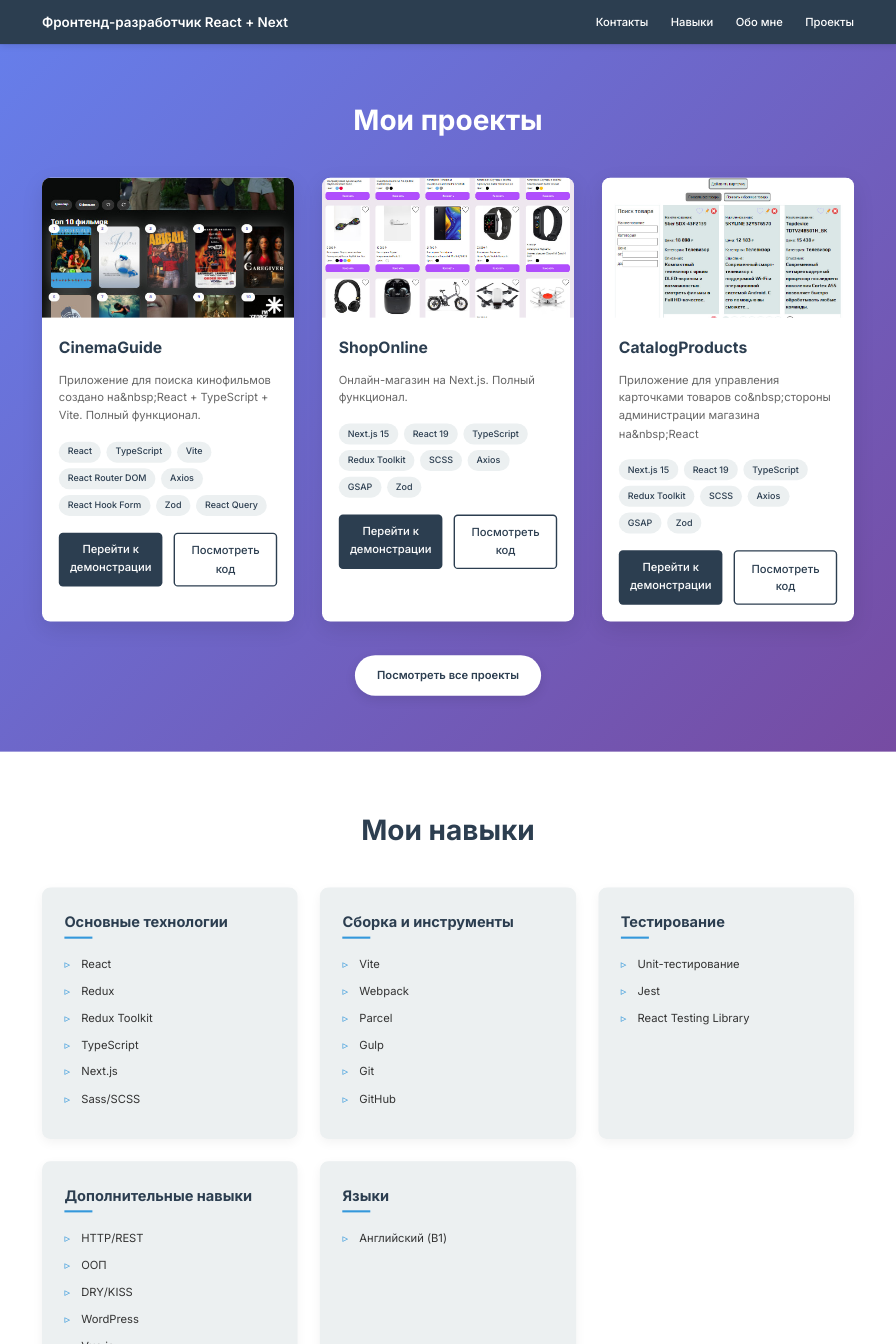
Repository: RostislavZeberg/resume-app
Page: /
The author's editor kept a copy of each file at every save. The page is drawn from the files as they stood at one save, then again after the next save.
The browser window is 1280 px wide. The pictures show the part of the page from y = 0 to 1920 px (the page is 3630 px tall), at 70% of full size.
The project was rebuilt for these pictures with package versions that can differ from the ones it lists, and the page was loaded fresh each time. The framework's server and built-in components were replaced by stand-ins that run in the browser. Also part of the build but not shown: next.config.ts.

Above is the page before, as saved 2025-09-18 13:49:48.

### pages/_app.tsx
import type { AppProps } from 'next/app';
import '../styles/globals.scss';
import Head from 'next/head';

function MyApp({ Component, pageProps }: AppProps) {
  return (
    <>
      <Head>
        <meta name="viewport" content="width=device-width, initial-scale=1" />
        <meta name="theme-color" content="#2c3e50" />
        <meta name="description" content="Резюме фронтенд-разработчика React с 5+ годами опыта. Специализация: React, TypeScript, Next.js, Redux Toolkit." />
        <meta name="keywords" content="React, TypeScript, Next.js, фронтенд-разработчик, резюме" />
        <meta property="og:title" content="Фронтенд-разработчик React" />
        <meta property="og:description" content="Резюме фронтенд-разработчика React с 5+ годами опыта" />
        <meta property="og:type" content="website" />
        <link rel="icon" href="/favicon.ico" />
      </Head>
      <Component {...pageProps} />
    </>
  );
}

export default MyApp;

### pages/_document.tsx
import { Html, Head, Main, NextScript } from 'next/document';

export default function Document() {
  return (
    <Html lang="ru">
      <Head>
        <link rel="preconnect" href="https://fonts.googleapis.com" />
        <link rel="preconnect" href="https://fonts.gstatic.com" crossOrigin="anonymous" />
        <link href="https://fonts.googleapis.com/css2?family=Inter:wght@300;400;500;600;700&display=swap" rel="stylesheet" />

        {/* Фавикон */}
        <link rel="icon" href="/favicon.ico" sizes="any" />
        <link rel="icon" href="/favicon.svg" type="image/svg+xml" />
        <link rel="apple-touch-icon" href="/apple-touch-icon.png" />
        <link rel="manifest" href="/manifest.webmanifest" />

        {/* Мета-теги */}
        <meta name="theme-color" content="#2c3e50" />
        <meta name="description" content="Резюме фронтенд-разработчика React с 5+ годами опыта. Специализация: React, TypeScript, Next.js, Redux Toolkit." />
        <meta name="keywords" content="React, TypeScript, Next.js, фронтенд-разработчик, резюме" />
      </Head>
      <body>
        <Main />
        <NextScript />
      </body>
    </Html>
  );
}

### pages/index.tsx
import Head from 'next/head';
import { NextPage } from 'next';
import Contacts from '../components/Sections/Contacts';
import Skills from '../components/Sections/Skills';
import About from '../components/Sections/About';
import Projects from '../components/Sections/Projects';
import Header from '../components/Layout/Header';

const Home: NextPage = () => {
  return (
    <>
      <Head>
        <title>Фронтенд-разработчик React | Резюме</title>
        <meta name="description" content="Резюме фронтенд-разработчика React с 5+ годами опыта. Специализация: React, TypeScript, Next.js, Redux Toolkit." />
        <meta name="keywords" content="React, TypeScript, Next.js, фронтенд-разработчик, резюме" />
        <meta property="og:title" content="Фронтенд-разработчик React" />
        <meta property="og:description" content="Резюме фронтенд-разработчика React с 5+ годами опыта" />
        <meta property="og:type" content="website" />
        <link rel="icon" href="/favicon.ico" />
      </Head>

      <Header />
      <main>
        <Projects />
        <Skills />
        <About />
        <Contacts />
      </main>
    </>
  );
};

export default Home;

### styles/globals.scss
// Переменные и миксины
@import './variables.scss';
@import './mixins';

// Глобальные стили
* {
  box-sizing: border-box;
  margin: 0;
  padding: 0;
}

html {
  scroll-behavior: smooth;
  scroll-padding-top: 60px;
}

body {
  font-family: 'Inter', 'Arial', sans-serif;
  line-height: 1.6;
  color: $text-color;
  background-color: $background-color;
  padding-top: 60px;
}

.container {
  max-width: 1200px;
  margin: 0 auto;
  padding: 0 20px;
}

section {
  padding: 80px 0;

  h2 {
    text-align: center;
    margin-bottom: 50px;
    font-size: 2.5rem;
    color: $primary-color;
  }
}

// Анимации
@keyframes fadeIn {
  from {
    opacity: 0;
    transform: translateY(20px);
  }
  to {
    opacity: 1;
    transform: translateY(0);
  }
}

.fade-in {
  animation: fadeIn 0.6s ease forwards;
}

// Адаптивность
@include desktop {
  .container {
    max-width: 1200px;
  }
}

@include tablet {
  .container {
    max-width: 100%;
    padding: 0 15px;
  }

  section {
    padding: 60px 0;

    h2 {
      font-size: 2rem;
      margin-bottom: 40px;
    }
  }
}

@include mobile {
  .container {
    padding: 0 10px;
  }

  section {
    padding: 40px 0;

    h2 {
      font-size: 1.8rem;
      margin-bottom: 30px;
    }
  }
}

### components/Sections/Contacts.tsx
import React from 'react';
import Icon from '../UI/Icon';
import styles from '../../styles/sections/contacts.module.scss';
import { contacts } from '@/info/contacts';

const Contacts: React.FC = () => {

  return (
    <section id="contacts" className={styles.contacts}>
      <div className="container">
        <h2>Контакты</h2>
        <div className={styles.contactsGrid}>
          {contacts.map((contact, index) => (
            <a
              key={index}
              href={contact.href}
              className={styles.contactItem}
              target="_blank"
              rel="noopener noreferrer"
            >
              <Icon name={contact.icon} className={styles.contactIcon} />
              <span>{contact.text}</span>
            </a>
          ))}
        </div>
      </div>
    </section>
  );
};

export default Contacts;

### components/Sections/Skills.tsx
import React from 'react';
import styles from '../../styles/sections/skills.module.scss';

const Skills: React.FC = () => {
  const skillCategories = [
    {
      title: 'Основные технологии',
      skills: ['React', 'Redux', 'Redux Toolkit', 'TypeScript', 'Next.js', 'Sass/SCSS']
    },
    {
      title: 'Сборка и инструменты',
      skills: ['Vite', 'Webpack', 'Parcel', 'Gulp', 'Git', 'GitHub']
    },
    {
      title: 'Тестирование',
      skills: ['Unit-тестирование', 'Jest', 'React Testing Library']
    },
    {
      title: 'Дополнительные навыки',
      skills: ['HTTP/REST', 'ООП', 'DRY/KISS', 'WordPress', 'Vue.js', 'SQL', 'Python', 'Docker', 'Linux']
    },
    {
      title: 'Языки',
      skills: ['Английский (B1)']
    }
  ];

  return (
    <section id="skills" className={styles.skills}>
      <div className="container">
        <h2>Мои навыки</h2>
        <div className={styles.skillsGrid}>
          {skillCategories.map((category, index) => (
            <div key={index} className={styles.skillCategory}>
              <h3>{category.title}</h3>
              <ul>
                {category.skills.map((skill, i) => (
                  <li key={i}>{skill}</li>
                ))}
              </ul>
            </div>
          ))}
        </div>
      </div>
    </section>
  );
};

export default Skills;

### components/Sections/About.tsx
import React from 'react';
import styles from '../../styles/sections/about.module.scss';

const About: React.FC = () => {
  return (
    <section id="about" className={styles.about}>
      <div className="container">
        <h2>Обо мне</h2>
        <div className={styles.aboutContent}>
          <p>
            Усидчив и внимателен к деталям, сосредоточен на выполнении задач, не отвлекаясь на внешние раздражители.
            Мой скрупулезный подход к архитектуре кода, его чистоте и читабельности сводит к минимуму возникновение ошибок
            при дальнейшей эксплуатации проектов.
          </p>
          <p>
            Коммуникабелен и открыт для общения с коллегами, что позволяет эффективно обсуждать проекты и находить оптимальные решения.
            Дисциплинированность помогает мне выстраивать свою работу по четкому плану, всегда выполнять задачи качественно и в срок,
            а также быть требовательным к себе.
          </p>
          <p>
            Инициативность является важной частью моей работы: я не боюсь доводить до руководства свои идеи и предложения по решению проблем.
            Обучаем и стремлюсь к постоянному развитию, ведь IT-отрасль динамично меняется, и изучение новых направлений и тенденций
            в программировании – это важная часть моего профессионального роста.
          </p>
          <p>
            Есть желание работать и развиваться в сфере разработки приложений, которая является частью моего восприятия мира.
            Я наслаждаюсь процессом создания кода и когда вижу результаты своей деятельности.
          </p>
          <p>
            К своим сильным сторонам отношу навыки работы в команде, стремление находить максимально эффективные и эстетичные решения,
            а также способность самостоятельно искать ресурсы для решения проблем и повышения профессионального уровня.
          </p>
          <p>
            Рассматриваю проектную деятельность и удаленную работу.
          </p>
        </div>
      </div>
    </section>
  );
};

export default About;

### components/Sections/Projects.tsx
import React from 'react';
import ProjectCard from '../UI/ProjectCard';
import styles from '../../styles/sections/projects.module.scss';
import { projects } from '@/info/projects';

const Projects: React.FC = () => {
  return (
    <section id="projects" className={styles.projects}>
      <div className="container">
        <h2>Мои проекты</h2>
        <div className={styles.projectsGrid}>
          {projects.map((project, index) => (
            <ProjectCard key={index} project={project} />
          ))}
        </div>
        <div className={styles.viewAll}>
          <a
            href="https://github.com/RostislavZeberg?tab=repositories"
            className={styles.viewAllButton}
            target="_blank"
            rel="noopener noreferrer"
          >
            Посмотреть все проекты
          </a>
        </div>
      </div>
    </section>
  );
};

export default Projects;

### components/Layout/Header.tsx
import React, { useState } from 'react';
import Link from 'next/link';
import styles from '../../styles/layout/header.module.scss';

const Header: React.FC = () => {
  const [isMenuOpen, setIsMenuOpen] = useState(false);

  const toggleMenu = () => {
    setIsMenuOpen(!isMenuOpen);
  };

  return (
    <header className={styles.header}>
      <div className="container">
        <nav className={styles.nav}>
          <div className={styles.logo}>
            <Link href="/">Фронтенд-разработчик React + Next</Link>
          </div>

          <button
            className={`${styles.menuToggle} ${isMenuOpen ? styles.active : ''}`}
            onClick={toggleMenu}
            aria-label="Меню"
          >
            <span></span>
            <span></span>
            <span></span>
          </button>

          <ul className={`${styles.navList} ${isMenuOpen ? styles.active : ''}`}>
            <li><a href="#contacts" onClick={() => setIsMenuOpen(false)}>Контакты</a></li>
            <li><a href="#skills" onClick={() => setIsMenuOpen(false)}>Навыки</a></li>
            <li><a href="#about" onClick={() => setIsMenuOpen(false)}>Обо мне</a></li>
            <li><a href="#projects" onClick={() => setIsMenuOpen(false)}>Проекты</a></li>
          </ul>
        </nav>
      </div>
    </header>
  );
};

export default Header;

### styles/variables.scss
// Цвета
$primary-color: #2c3e50;
$secondary-color: #3498db;
$accent-color: #e74c3c;
$background-color: #f9f9f9;
$text-color: #333;
$light-gray: #ecf0f1;

// Breakpoints
$desktop: 1280px;
$tablet: 1024px;
$small-tablet: 768px;
$mobile: 320px;

### styles/mixins.scss
@mixin desktop {
  @media (min-width: #{$desktop}) {
    @content;
  }
}

@mixin tablet {
  @media (min-width: #{$small-tablet}) and (max-width: #{$tablet}) {
    @content;
  }
}

@mixin small-tablet {
  @media (min-width: #{$mobile}) and (max-width: #{$small-tablet - 1px}) {
    @content;
  }
}

@mixin mobile {
  @media (max-width: #{$mobile}) {
    @content;
  }
}

@mixin flex-center {
  display: flex;
  justify-content: center;
  align-items: center;
}

@mixin card-shadow {
  box-shadow: 0 4px 6px rgba(0, 0, 0, 0.1);
  transition: box-shadow 0.3s ease;

  &:hover {
    box-shadow: 0 10px 20px rgba(0, 0, 0, 0.15);
  }
}

### components/UI/Icon.tsx
import React from 'react';
import Image from 'next/image';

interface IconProps {
  name: string;
  className?: string;
  width?: number;
  height?: number;
}

const Icon: React.FC<IconProps> = ({ name, className = '', width = 24, height = 24 }) => {
  return (
    <Image
      src={`/icons/${name}.svg`}
      alt={`${name} icon`}
      width={width}
      height={height}
      className={className}
    />
  );
};

export default Icon;

### styles/sections/contacts.module.scss
@import '../variables';
@import '../mixins';

.contacts {
  background: linear-gradient(135deg, #f5f7fa 0%, #c3cfe2 100%);
  padding: 100px 0;
}

.contactsGrid {
  display: grid;
  grid-template-columns: repeat(auto-fit, minmax(250px, 1fr));
  gap: 2rem;
  margin-top: 3rem;
}

.contactItem {
  display: flex;
  flex-direction: column;
  align-items: center;
  justify-content: center;
  background: white;
  padding: 2rem;
  border-radius: 12px;
  box-shadow: 0 10px 30px rgba(0, 0, 0, 0.1);
  transition: all 0.3s ease;
  text-decoration: none;
  color: $text-color;

  &:hover {
    transform: translateY(-5px);
    box-shadow: 0 15px 40px rgba(0, 0, 0, 0.15);

    .contactIcon {
      transform: scale(1.1);
    }
  }
}

.contactIcon {
  width: 60px;
  height: 60px;
  margin-bottom: 1rem;
  transition: transform 0.3s ease;
}

// Адаптивность
@include tablet {
  .contactsGrid {
    grid-template-columns: repeat(2, 1fr);
    gap: 1.5rem;
  }
}

@include small-tablet {
  .contactsGrid {
    grid-template-columns: 1fr;
    gap: 1rem;
  }

  .contactItem {
    padding: 1.5rem;
  }
}

@include mobile {
  .contacts {
    padding: 80px 0;
  }

  .contactIcon {
    width: 50px;
    height: 50px;
  }
}

### info/contacts.ts
export const contacts = [
  { icon: 'email', text: 'zeberg@bk.ru', href: 'mailto:zeberg@bk.ru' },
  { icon: 'phone', text: '+7(960)-552-4171', href: 'tel:+79605524171' },
  { icon: 'telegram', text: '@zeberg_jaguar', href: 'https://t.me/zeberg_jaguar' },
  { icon: 'github', text: 'GitHub', href: 'https://github.com/RostislavZeberg?tab=repositories' }
];

### styles/sections/skills.module.scss
@import '../variables';
@import '../mixins';

.skills {
  background-color: white;
}

.skillsGrid {
  display: grid;
  grid-template-columns: repeat(auto-fit, minmax(300px, 1fr));
  gap: 2rem;
}

.skillCategory {
  background: $light-gray;
  padding: 2rem;
  border-radius: 12px;
  box-shadow: 0 5px 15px rgba(0, 0, 0, 0.05);

  h3 {
    color: $primary-color;
    margin-bottom: 1.5rem;
    font-size: 1.3rem;
    position: relative;
    padding-bottom: 0.5rem;

    &::after {
      content: '';
      position: absolute;
      bottom: 0;
      left: 0;
      width: 40px;
      height: 3px;
      background: $secondary-color;
    }
  }

  ul {
    list-style: none;
  }

  li {
    margin-bottom: 0.8rem;
    padding-left: 1.5rem;
    position: relative;

    &::before {
      content: '▹';
      position: absolute;
      left: 0;
      color: $secondary-color;
    }
  }
}

// Адаптивность
@include tablet {
  .skillsGrid {
    grid-template-columns: repeat(2, 1fr);
    gap: 1.5rem;
  }
}

@include small-tablet {
  .skillsGrid {
    grid-template-columns: 1fr;
    gap: 1rem;
  }

  .skillCategory {
    padding: 1.5rem;
  }
}

@include mobile {
  .skillCategory {
    padding: 1.2rem;

    h3 {
      font-size: 1.2rem;
    }
  }
}

### styles/sections/about.module.scss
@import '../variables';
@import '../mixins';

.about {
  background-color: $light-gray;
}

.aboutContent {
  max-width: 800px;
  margin: 0 auto;

  p {
    margin-bottom: 1.5rem;
    line-height: 1.8;
    text-align: justify;
  }
}

// Адаптивность
@include tablet {
  .aboutContent {
    padding: 0 1rem;
  }
}

@include mobile {
  .aboutContent p {
    text-align: left;
  }
}

### components/UI/ProjectCard.tsx
import React from 'react';
import Image from 'next/image';
import styles from '../../styles/ui/project-card.module.scss';

interface Project {
  name: string;
  description: string;
  demoLink: string;
  codeLink: string;
  technologies: string[];
}

interface ProjectCardProps {
  project: Project;
}

const ProjectCard: React.FC<ProjectCardProps> = ({ project }) => {
  return (
    <div className={styles.projectCard}>
      <div className={styles.projectImage}>
        <a href={project.demoLink} target="_blank" rel="noopener noreferrer">
          <Image
            src={`/images/projects/${project.name.toLowerCase()}.jpg`}
            alt={project.name}
            fill
            style={{ objectFit: 'cover' }}
            sizes="(max-width: 768px) 100vw, (max-width: 1200px) 50vw, 33vw"
          />
        </a>
      </div>
      <div className={styles.projectContent}>
        <h3>{project.name}</h3>
        <p>{project.description}</p>
        <div className={styles.technologies}>
          {project.technologies.map((tech, index) => (
            <span key={index} className={styles.techTag}>{tech}</span>
          ))}
        </div>
        <div className={styles.projectActions}>
          <a
            href={project.demoLink}
            className={styles.demoButton}
            target="_blank"
            rel="noopener noreferrer"
          >
            Перейти к демонстрации
          </a>
          <a
            href={project.codeLink}
            className={styles.codeButton}
            target="_blank"
            rel="noopener noreferrer"
          >
            Посмотреть код
          </a>
        </div>
      </div>
    </div>
  );
};

export default ProjectCard;

### styles/sections/projects.module.scss
@import '../variables';
@import '../mixins';

.projects {
  background: linear-gradient(135deg, #667eea 0%, #764ba2 100%);
  color: white;

  h2 {
    color: white;
  }
}

.projectsGrid {
  display: grid;
  grid-template-columns: repeat(auto-fit, minmax(350px, 1fr));
  gap: 2.5rem;
  margin-bottom: 3rem;
}

.viewAll {
  text-align: center;
  margin-top: 3rem;
}

.viewAllButton {
  display: inline-block;
  padding: 1rem 2rem;
  background: white;
  color: $primary-color;
  text-decoration: none;
  border-radius: 30px;
  font-weight: 600;
  transition: all 0.3s ease;
  box-shadow: 0 5px 15px rgba(0, 0, 0, 0.1);

  &:hover {
    transform: translateY(-3px);
    box-shadow: 0 10px 25px rgba(0, 0, 0, 0.2);
    background: $accent-color;
    color: white;
  }
}

// Адаптивность
@include tablet {
  .projectsGrid {
    grid-template-columns: repeat(2, 1fr);
    gap: 2rem;
  }
}

@include small-tablet {
  .projectsGrid {
    grid-template-columns: 1fr;
    gap: 1.5rem;
  }
}

@include mobile {
  .projectsGrid {
    grid-template-columns: 1fr;
    gap: 1.5rem;
  }

  .viewAllButton {
    padding: 0.8rem 1.5rem;
    font-size: 0.9rem;
  }
}

### info/projects.ts
export const projects = [
  {
    name: 'CinemaGuide',
    description: 'Приложение для поиска кинофильмов создано на&nbsp;React + TypeScript + Vite. Полный функционал.',
    demoLink: 'https://rostislavzeberg.github.io/CinemaGuide',
    codeLink: 'https://github.com/RostislavZeberg/CinemaGuide/tree/dev',
    technologies: ['React', 'TypeScript', 'Vite', 'React Router DOM', 'Axios', 'React Hook Form', 'Zod', 'React Query']
  },
  {
    name: 'ShopOnline',
    description: 'Онлайн-магазин на Next.js. Полный функционал.',
    demoLink: 'https://shop-online-omega.vercel.app/',
    codeLink: 'https://github.com/RostislavZeberg/ShopOnline',
    technologies: ['Next.js 15', 'React 19', 'TypeScript', 'Redux Toolkit', 'SCSS', 'Axios', 'GSAP', 'Zod']
  },
  {
    name: 'CatalogProducts',
    description: 'Приложение для управления карточками товаров со&nbsp;стороны администрации магазина на&nbsp;React',
    demoLink: 'https://shop-online-omega.vercel.app/',
    codeLink: 'https://github.com/RostislavZeberg/ShopOnline',
    technologies: ['Next.js 15', 'React 19', 'TypeScript', 'Redux Toolkit', 'SCSS', 'Axios', 'GSAP', 'Zod']
  },
];

### styles/layout/header.module.scss
@import '../variables';
@import '../mixins';

.header {
  background-color: $primary-color;
  color: white;
  position: fixed;
  top: 0;
  left: 0;
  right: 0;
  z-index: 1000;
  box-shadow: 0 2px 10px rgba(0, 0, 0, 0.1);
}

.nav {
  display: flex;
  justify-content: space-between;
  align-items: center;
  padding: 1rem 0;
}

.logo {
  a {
    color: white;
    text-decoration: none;
    font-weight: 600;
    font-size: 1.2rem;

    &:hover {
      color: $accent-color;
    }
  }
}

.navList {
  display: flex;
  list-style: none;
  gap: 2rem;

  a {
    color: white;
    text-decoration: none;
    font-weight: 500;
    transition: color 0.3s ease;

    &:hover {
      color: $accent-color;
    }
  }
}

.menuToggle {
  display: none;
  flex-direction: column;
  justify-content: space-around;
  width: 2rem;
  height: 2rem;
  background: transparent;
  border: none;
  cursor: pointer;
  padding: 0;

  span {
    width: 2rem;
    height: 0.25rem;
    background: white;
    border-radius: 10px;
    transition: all 0.3s linear;
    position: relative;
    transform-origin: 1px;
  }
}

// Адаптивность
@include tablet {
  .navList {
    gap: 1.5rem;
  }
}

@include small-tablet {
  .menuToggle {
    display: flex;
    z-index: 1001;
  }

  .navList {
    position: fixed;
    top: 0;
    right: 0;
    height: 100vh;
    width: 70%;
    background: $primary-color;
    flex-direction: column;
    justify-content: center;
    align-items: center;
    transform: translateX(100%);
    transition: transform 0.3s ease-in-out;

    &.active {
      transform: translateX(0);
    }
  }

  .menuToggle.active {
    span:nth-child(1) {
      transform: rotate(45deg);
    }

    span:nth-child(2) {
      opacity: 0;
    }

    span:nth-child(3) {
      transform: rotate(-45deg);
    }
  }
}

@include mobile {
  .logo a {
    font-size: 1rem;
  }
}

Loaded but not shown: styles/ui/project-card.module.scss (137 lines, source omitted)

After the next save:
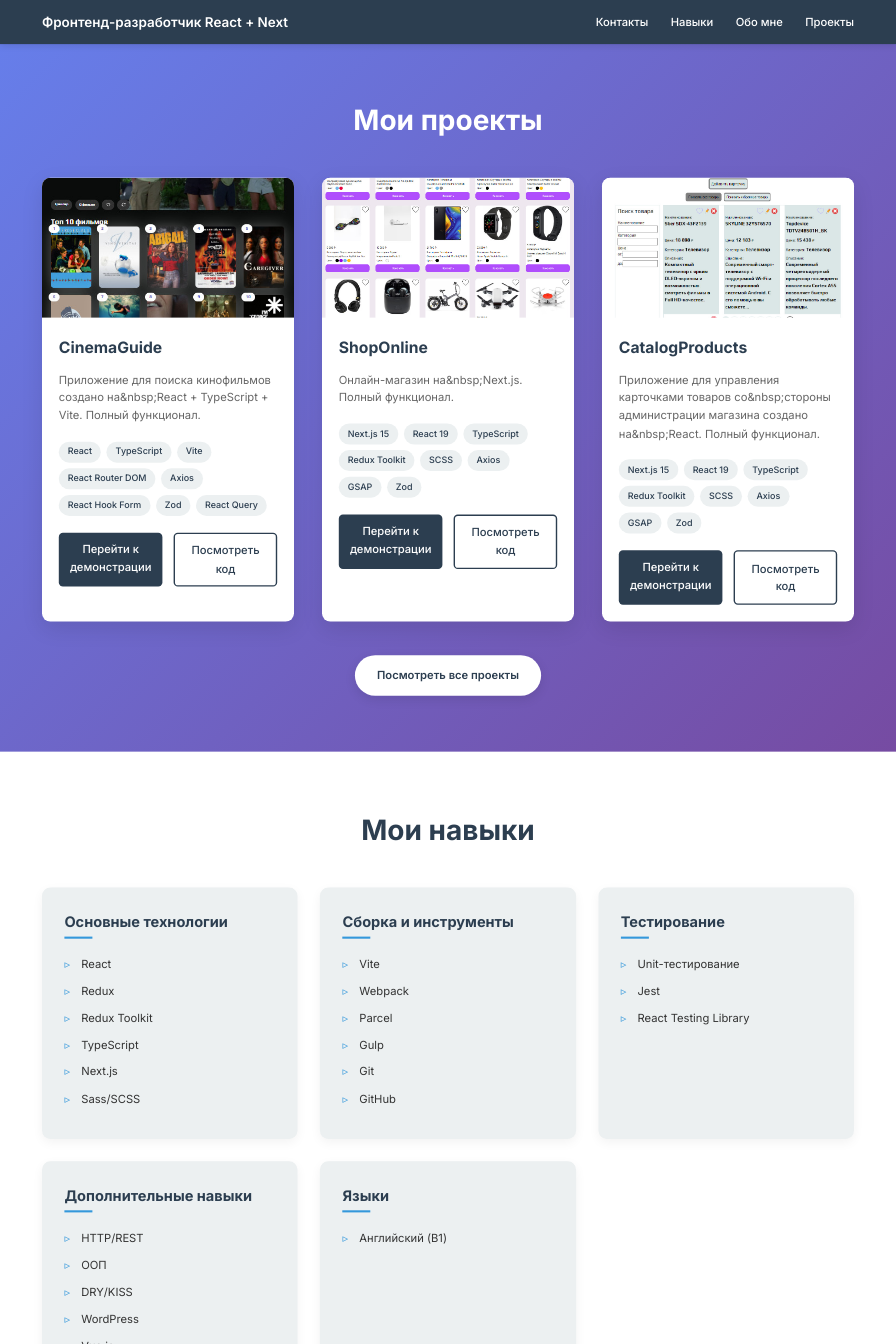
Saved 55 s later.
--- a/info/projects.ts
+++ b/info/projects.ts
@@ -8,14 +8,14 @@ export const projects = [
   },
   {
     name: 'ShopOnline',
-    description: 'Онлайн-магазин на Next.js. Полный функционал.',
+    description: 'Онлайн-магазин на&nbsp;Next.js. Полный функционал.',
     demoLink: 'https://shop-online-omega.vercel.app/',
     codeLink: 'https://github.com/RostislavZeberg/ShopOnline',
     technologies: ['Next.js 15', 'React 19', 'TypeScript', 'Redux Toolkit', 'SCSS', 'Axios', 'GSAP', 'Zod']
   },
   {
     name: 'CatalogProducts',
-    description: 'Приложение для управления карточками товаров со&nbsp;стороны администрации магазина на&nbsp;React',
+    description: 'Приложение для управления карточками товаров со&nbsp;стороны администрации магазина создано на&nbsp;React. Полный функционал.',
     demoLink: 'https://shop-online-omega.vercel.app/',
     codeLink: 'https://github.com/RostislavZeberg/ShopOnline',
     technologies: ['Next.js 15', 'React 19', 'TypeScript', 'Redux Toolkit', 'SCSS', 'Axios', 'GSAP', 'Zod']
